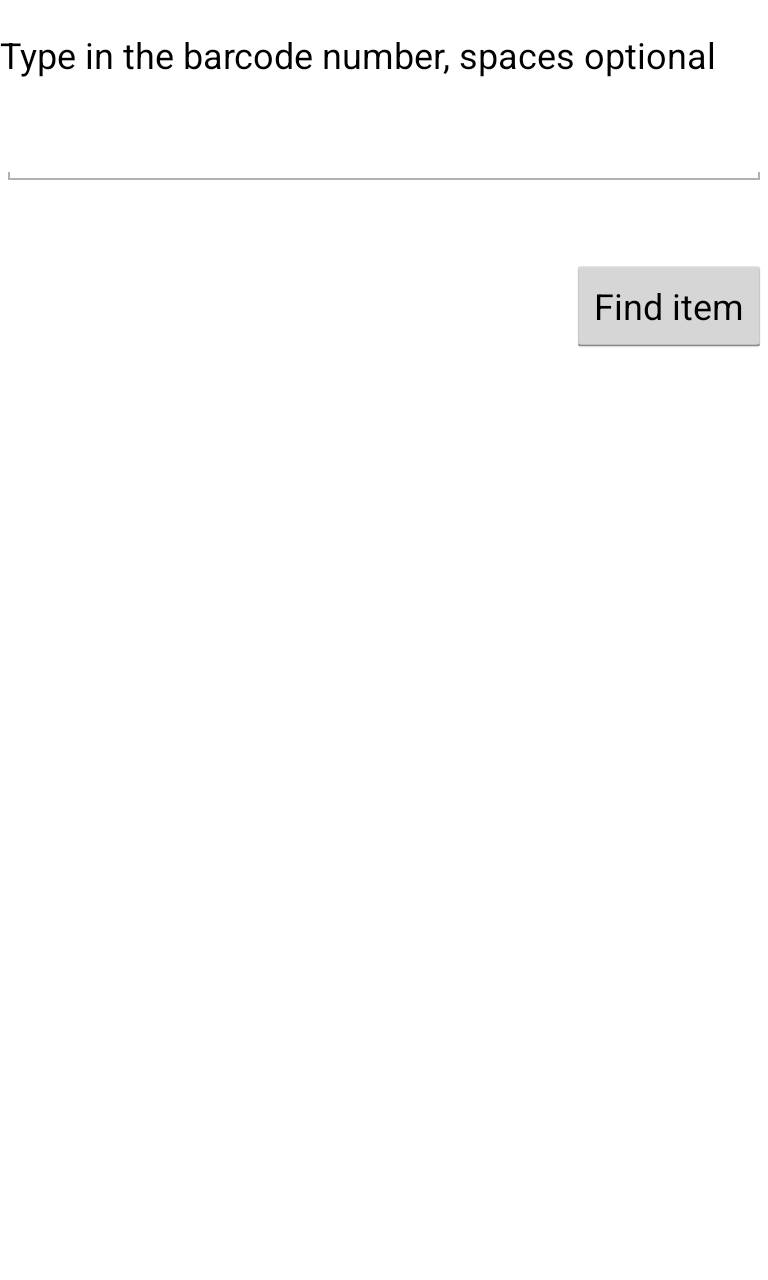
Repository: harvard-lil/wtwba-android-app
Layout: wtwba/res/layout/activity_type_barcode.xml
The author's editor kept a copy of each file at every save. The layout is drawn from the files as they stood at one save, then again after a run of saves.
It is drawn on a 768 x 1280 px phone screen (xhdpi) without system bars, with theme AppTheme; the app's code is not run.

Above is the layout before, as saved 2013-03-20 16:05:10.

After the next 2 saves:
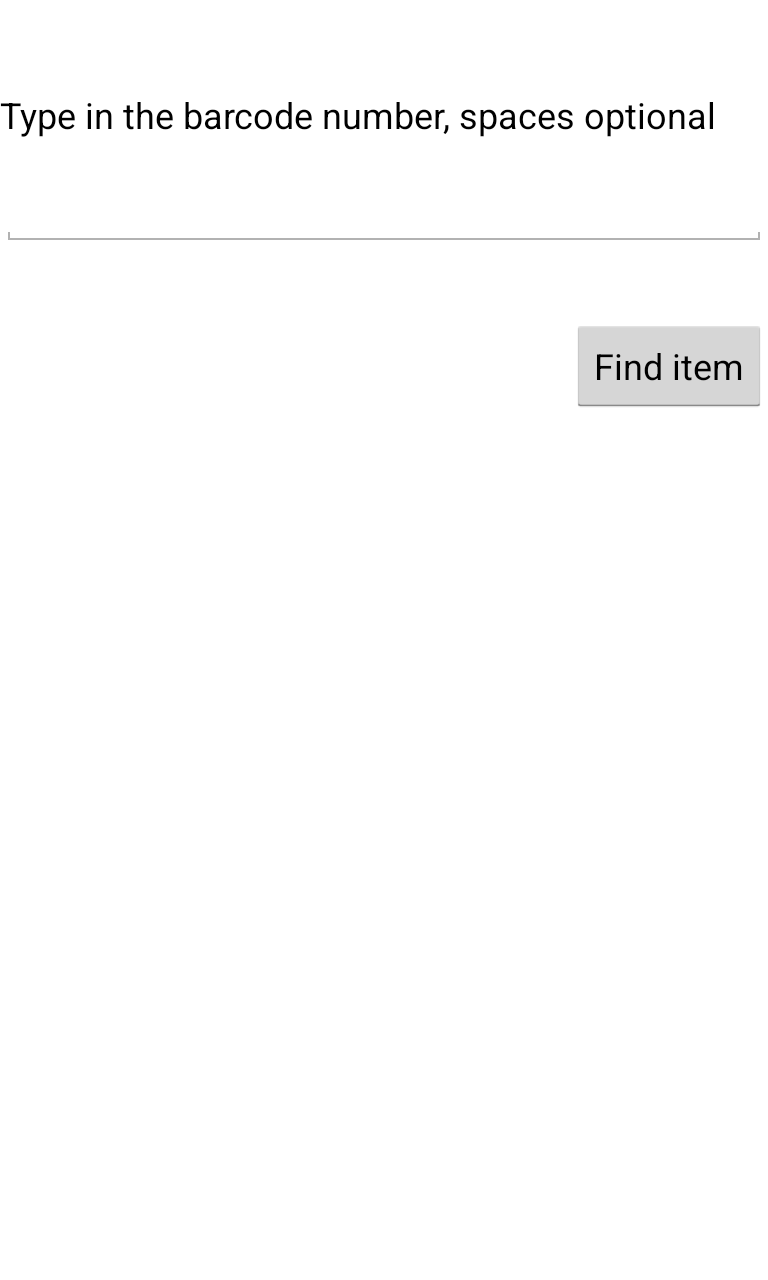
The 2 saves are shown as one change because they came seconds apart.
The last was saved 33 s later.
--- a/wtwba/res/layout/activity_type_barcode.xml
+++ b/wtwba/res/layout/activity_type_barcode.xml
@@ -11,6 +11,8 @@
     <ImageView
             android:id="@+id/barcode_example"
             android:layout_width="wrap_content"
+            android:layout_marginTop="15dip"
+        	android:layout_marginBottom="15dip"
             android:layout_height="wrap_content"
             android:layout_gravity="center"
         	/>
